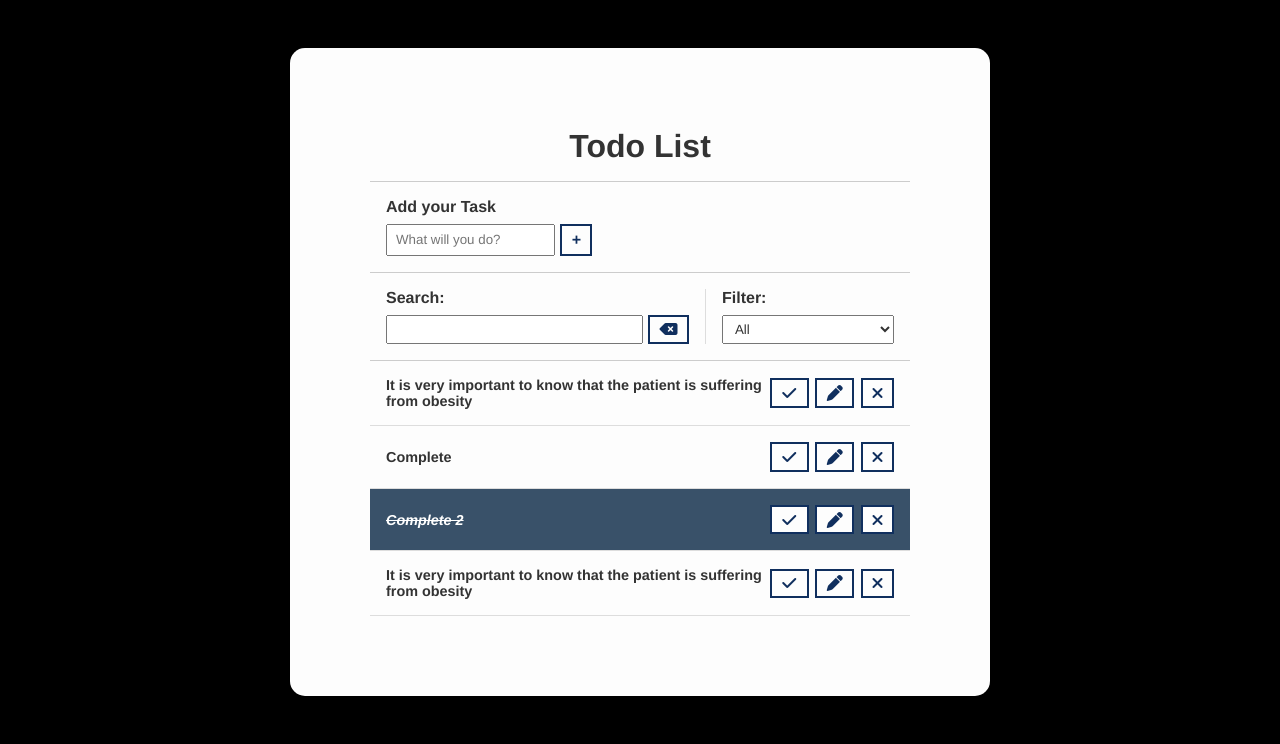
Repository: bek77g/todoList-vanillaJS
Page: index.html
These files come from the project's save history. The page is drawn as it stood at one moment and after the next save; the edit follows.
The browser window is 1280 px wide. The pictures show the whole page.
Some web libraries are served in a nearby version.

Above is the page before, as saved 2023-01-23 20:25:12.

### index.html
<!DOCTYPE html>
<html lang="en">
  <head>
    <meta charset="UTF-8" />
    <meta http-equiv="X-UA-Compatible" content="IE=edge" />
    <meta name="viewport" content="width=device-width, initial-scale=1.0" />
    <title>TodoList JS</title>
    <link rel="stylesheet" href="src/css/style.css" />
  </head>
  <body>
    <link
      rel="stylesheet"
      href="https://cdnjs.cloudflare.com/ajax/libs/font-awesome/6.1.2/css/all.min.css"
      integrity="sha512-1sCRPdkRXhBV2PBLUdRb4tMg1w2YPf37qatUFeS7zlBy7jJI8Lf4VHwWfZZfpXtYSLy85pkm9GaYVYMfw5BC1A=="
      crossorigin="anonymous"
      referrerpolicy="no-referrer"
    />
    <div class="todo-container">
      <header>
        <h1>Todo List</h1>
      </header>
      <form id="todo-form">
        <p>Add your Task</p>
        <div class="form-control">
          <input type="text" id="todo-input" placeholder="What will you do?" />
          <button type="submit">
            <i class="fa-thin fa-plus"></i>
          </button>
        </div>
      </form>
      <div id="toolbar">
        <div id="search">
          <h4>Search:</h4>
          <form>
            <input type="text" id="search-input" />
            <button id="erase-button">
              <i class="fa-solid fa-delete-left"></i>
            </button>
          </form>
        </div>
        <div id="filter">
          <h4>Filter:</h4>
          <select id="filter-select">
            <option value="all">All</option>
            <option value="done">Done</option>
            <option value="todo">Todo</option>
          </select>
        </div>
      </div>
      <div id="todo-list">
        <!-- <div class="todo done">
          <h3>
            It is very important to know that the patient is suffering from
            obesity
          </h3>
          <button class="finish-todo">
            <i class="fa-solid fa-check"></i>
          </button>
          <button class="edit-todo">
            <i class="fa-solid fa-pen"></i>
          </button>
          <button class="remove-todo">
            <i class="fa-solid fa-xmark"></i>
          </button>
        </div> -->
      </div>
    </div>
    <script src="src/js/app.js"></script>
  </body>
</html>

### src/css/style.css
/*geral*/
* {
  padding: 0;
  margin: 0;
  font-family: Helvetica;
  color: #333;
  box-sizing: border-box;
}

body {
  background-color: black;
}

button {
  background-color: #fdfdfd;
  color: #102f5e;
  border: 2px solid #102f5e;
  padding: 0.3rem 0.6rem;
  font-size: 1rem;
  cursor: pointer;
  display: flex;
  justify-content: center;
  align-items: center;
  transition: 0.4s;
}

button:hover {
  background-color: #102f5e;
  color: #fff;
}

button:hover > i {
  color: #fff;
}

button i {
  color: #102f5e;
  font-weight: bold;
  pointer-events: none;
}

.remove-todo:hover {
  background-color: red;
}

input,
select {
  padding: 0.25rem 0.5rem;
}

.hide {
  display: none;
}

/*TODO HEADER*/

.todo-container {
  max-width: 700px;
  margin: 3rem auto;
  background-color: #fdfdfd;
  padding: 5rem;
  border-radius: 15px;
}

.todo-container header {
  text-align: center;
  padding: 0 1rem 1rem;
  border-bottom: 1px solid #ccc;
}

/* TODO FORM*/

#todo-form,
#edit-form {
  padding: 1rem;
  border-bottom: 1px solid #ccc;
}

#todo-form p,
#edit-form p {
  margin-bottom: 0.5rem;
  font-weight: bold;
}

.form-control {
  display: flex;
}

.form-control input {
  margin-right: 0.3rem;
}

#cancel-edit-btn {
  margin-top: 1rem;
}

/* TODO TOOLBAR */

#toolbar {
  padding: 1rem;
  border-bottom: 1px solid #ccc;
  display: flex;
}

#toolbar h4 {
  margin-bottom: 0.5rem;
}

#search {
  border-right: 1px solid #ddd;
  padding-right: 1rem;
  margin-right: 1rem;
  width: 65%;
  display: flex;
  flex-direction: column;
}

#search form {
  display: flex;
}

#search input {
  width: 100%;
  margin-right: 0.3rem;
}

#filter {
  width: 35%;
  display: flex;
  flex-direction: column;
}

#filter select {
  flex: 1;
}

/* TODO LIST */

.todo {
  display: flex;
  justify-content: space-around;
  align-items: center;
  padding: 1rem;
  border-bottom: 1px solid #ddd;
  transition: 0.3s;
}

.todo h3 {
  flex: 1;
  font-size: 0.9rem;
}

.todo button {
  margin-left: 0.4rem;
}

.done {
  background-color: #395169;
}

.done h3 {
  color: #fff;
  text-decoration: line-through;
  font-style: italic;
}

### src/js/app.js
let todoData = [
  {
    key: 1,
    text: 'It is very important to know that the patient is suffering from obesity ',
    isDone: false,
    isEditable: false,
  },
  {
    key: 2,
    text: 'Complete ',
    isDone: false,
    isEditable: false,
  },
  {
    key: 3,
    text: 'Complete 2',
    isDone: true,
    isEditable: false,
  },
  {
    key: 4,
    text: 'It is very important to know that the patient is suffering from obesity ',
    isDone: false,
    isEditable: false,
  },
];

let searchValue = '';
let filterValue = 'all';

//elements
const todoForm = document.querySelector('#todo-form');
const todoInput = document.querySelector('#todo-input');
const todoList = document.querySelector('#todo-list');
const searchInput = document.querySelector('#search-input');
const filterInput = document.querySelector('#filter-select');

const showTodosData = () => {
  todoList.innerHTML = '';
  todoData
    .filter((todo) =>
      todo.text.toLocaleLowerCase().includes(searchValue.toLocaleLowerCase())
    )
    .filter((el) => {
      if (filterValue === 'all') return el;
      if (filterValue === 'done' && el.isDone) return el;
      if (filterValue === 'todo' && !el.isDone) return el;
    })
    .forEach(({ key, text, isDone, isEditable }) => {
      todoList.innerHTML += `
        <div class="todo ${isDone ? 'done' : ''}">
          <h3>
            ${text}
          </h3>
          <button class="finish-todo">
            <i class="fa-solid fa-check"></i>
          </button>
          <button class="edit-todo">
            <i class="fa-solid fa-pen"></i>
          </button>
          <button class="remove-todo">
            <i class="fa-solid fa-xmark"></i>
          </button>
        </div>
    `;
    });
};

const addTodo = (text) => {
  let todoBody = {
    key: new Date().getTime(),
    text: text,
    isDone: false,
    isEditable: false,
  };
  todoData.push(todoBody);
  todoInput.value = '';
  todoInput.focus();
  showTodosData();
};

todoForm.addEventListener('submit', (e) => {
  e.preventDefault();
  const inputValue = todoInput.value;
  if (inputValue) {
    addTodo(inputValue);
  }
});

searchInput.addEventListener('input', (e) => {
  searchValue = e.target.value;
  showTodosData();
});
filterInput.addEventListener('input', (e) => {
  filterValue = e.target.value;
  showTodosData();
});

showTodosData();

After the next save:
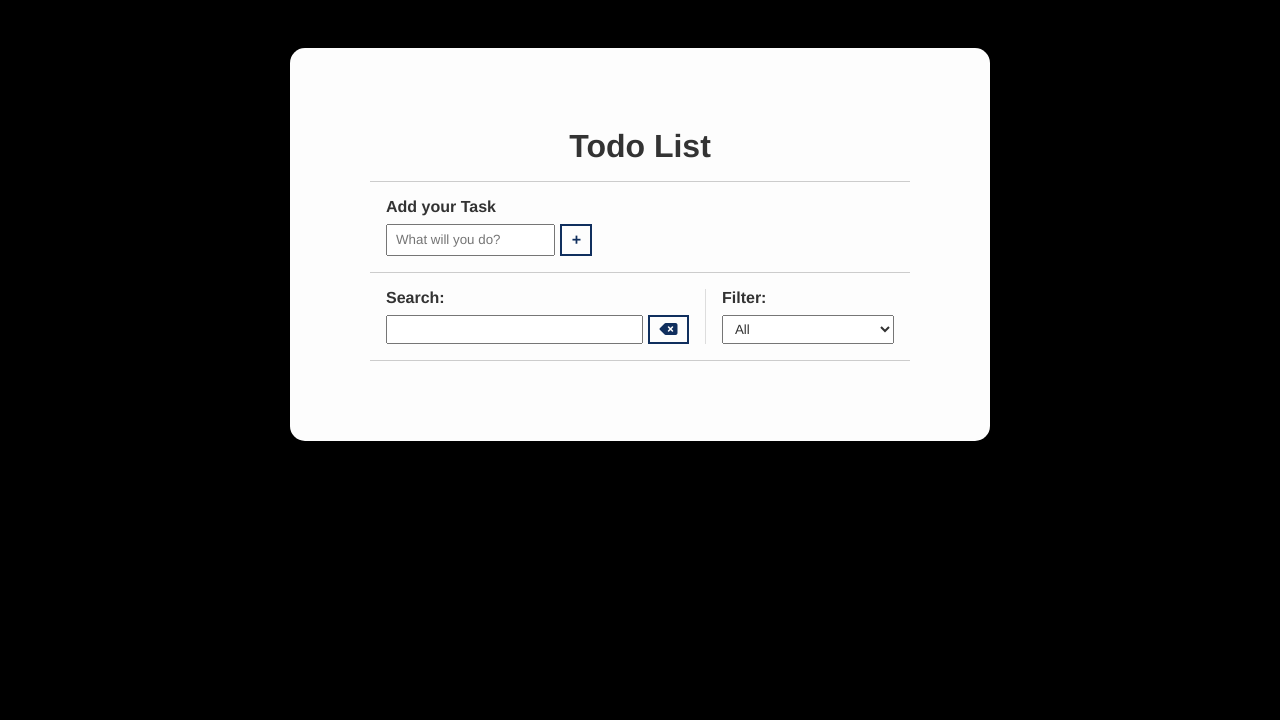
Console error: SyntaxError: Unexpected token '<'
Saved 81 s later.
--- a/src/js/app.js
+++ b/src/js/app.js
@@ -49,9 +49,7 @@
     .forEach(({ key, text, isDone, isEditable }) => {
       todoList.innerHTML += `
         <div class="todo ${isDone ? 'done' : ''}">
-          <h3>
-            ${text}
-          </h3>
+          ${isEditable ? <h3>${text}</h3> : <input />}
           <button class="finish-todo">
             <i class="fa-solid fa-check"></i>
           </button>
@@ -96,4 +94,6 @@
   showTodosData();
 });
 
+//Edit
+
 showTodosData();

After the save that followed:
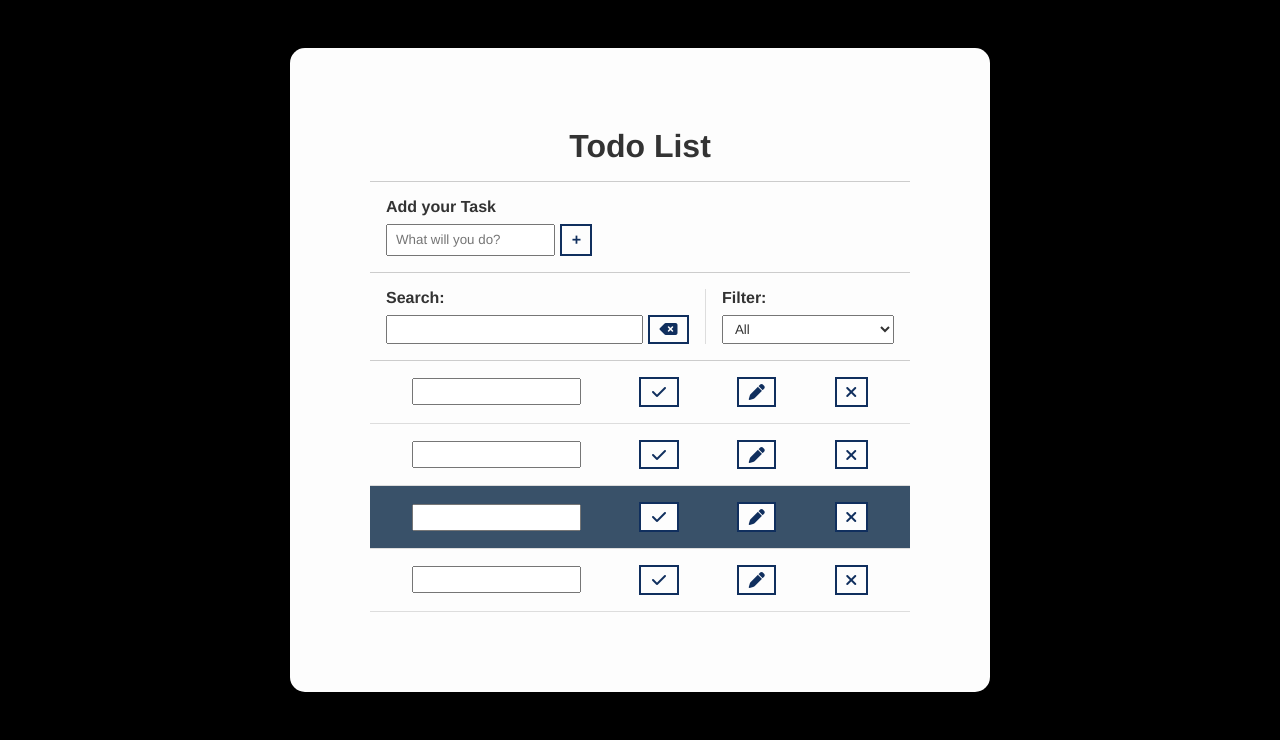
The error is gone.
Saved 22 s later.
--- a/src/js/app.js
+++ b/src/js/app.js
@@ -49,7 +49,7 @@
     .forEach(({ key, text, isDone, isEditable }) => {
       todoList.innerHTML += `
         <div class="todo ${isDone ? 'done' : ''}">
-          ${isEditable ? <h3>${text}</h3> : <input />}
+          ${isEditable ? `<h3>${text}</h3>` : `<input />`}
           <button class="finish-todo">
             <i class="fa-solid fa-check"></i>
           </button>
